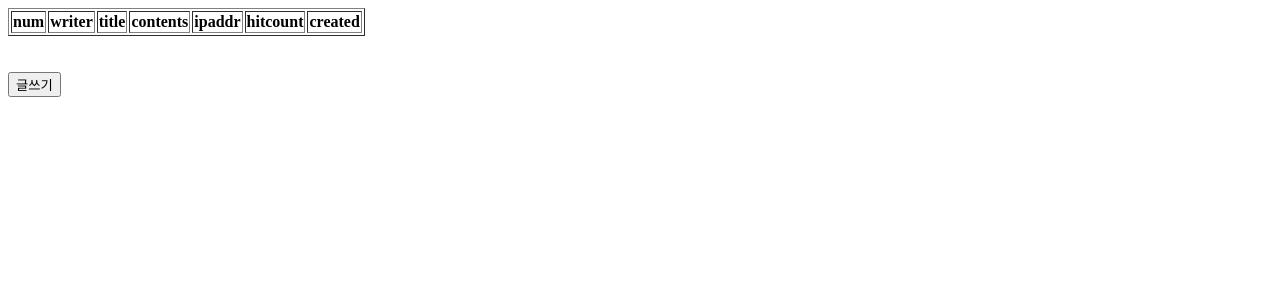
Repository: LifeIsRightward/WebServer
Page: http://localhost/JSPBook/Project/tripcommunity.jsp
The author's editor kept a copy of each file at every save. The page is drawn from the files as they stood at one save, then again after the next save.
The browser window is 1280 px wide. The pictures show the whole page.
The page is served by Tomcat 9. Other server files are loaded and not shown. Queries for data that is not in the repository find no rows.

Above is the page before, as saved 2024-06-07 15:15:55.
Console error (its wording comes from the project's code and is left out).

### JSPBook/src/main/webapp/Project/tripcommunity.jsp
<%@ page language="java" contentType="text/html; charset=EUC-KR"
    pageEncoding="EUC-KR"%>
<%@ page import="java.sql.*" %>
<!DOCTYPE html>
<html>
<head>
<meta charset="EUC-KR">
<title>Insert title here</title>
</head>
<body>
	<%@ include file="dbconn.jsp" %>
	<table width="300" border="1">
		<tr>
			<th>num</th>
			<th>writer</th>
			<th>title</th>
			<th>contents</th>
			<th>ipaddr</th>
			<th>hitcount</th>
			<th>created</th>
		</tr>
		<%
			String id = request.getParameter("id");
			ResultSet rs = null;
			Statement stmt = null;

			try{
				String sql = "select * from board";
				stmt = conn.createStatement();
				rs = stmt.executeQuery(sql);

				while(rs.next()){
					int num = rs.getInt("num");
					String writer = rs.getString("writer");
					String title = rs.getString("title");
					String contents = rs.getString("content");
					String ipaddr = rs.getString("ipaddr");
					int hitcount = rs.getInt("hitcount");
					String created = rs.getString("created");
		%>
		<tr>
			<td><%=num%></td>
			<td><%=writer%></td>
			<td><%=title%></td>
			<td><%=contents%></td>
			<td><%=ipaddr%></td>
			<td><%=hitcount%></td>
			<td><%=created%></td>
		</tr>
		<%
				}
			}catch(SQLException ex){
				out.println("person 테이블 호출이 실패했습니다. <br>");
				out.println("SQLException: " + ex.getMessage());
			}finally{
				if(rs != null){ rs.close();}
				if(stmt != null){stmt.close();}
				if(conn != null){conn.close();}
			}
		%>
	</table>
	<br><br>
	<input type="button" value="글쓰기" onClick="tcwriter.jsp?id=<%=id%>'">
</body>
</html>

### JSPBook/src/main/webapp/Project/dbconn.jsp
<%@ page import="java.sql.*"%>

<%
	Connection conn = null;
	String url = "jdbc:mysql://127.0.0.1:3306/test";
	String user = "root";
	String password = "1234";
	Class.forName("com.mysql.cj.jdbc.Driver");
	conn = DriverManager.getConnection(url, user, password);
%>

After the next save:
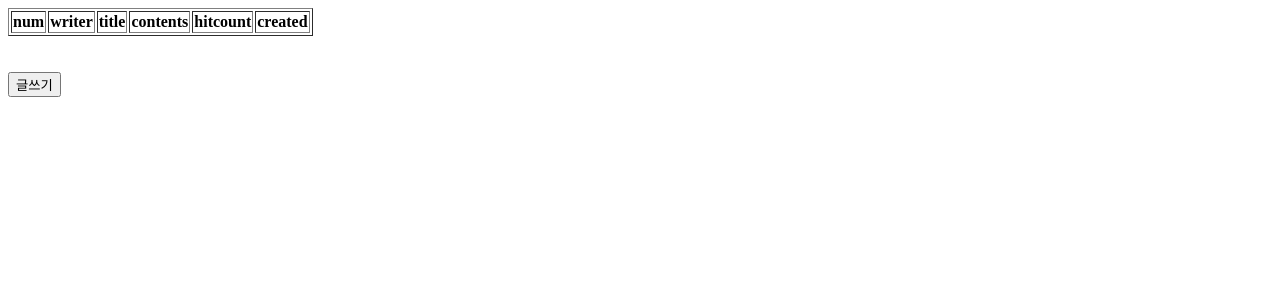
Saved 45 s later.
--- a/JSPBook/src/main/webapp/Project/tripcommunity.jsp
+++ b/JSPBook/src/main/webapp/Project/tripcommunity.jsp
@@ -15,7 +15,6 @@
 			<th>writer</th>
 			<th>title</th>
 			<th>contents</th>
-			<th>ipaddr</th>
 			<th>hitcount</th>
 			<th>created</th>
 		</tr>
